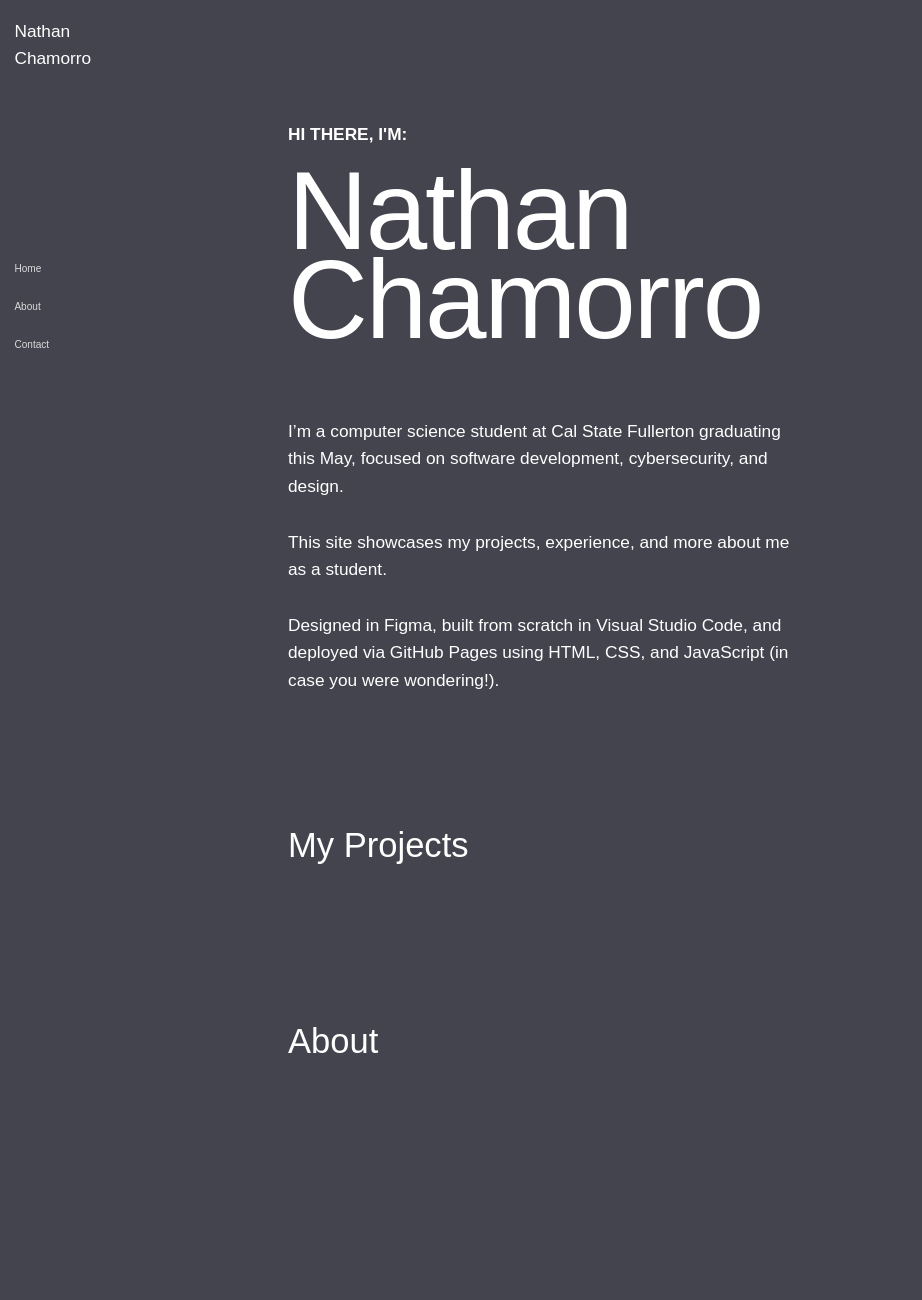
Repository: nathanchamorro1/nathanchamorro1.github.io
Page: index.html
These files come from the project's save history. The page is drawn as it stood at one moment and after the next save; the edit follows.
The browser window is 1280 px wide. The pictures show the whole page, at 72% of full size.
Some web fonts or font styles are not loaded; a fallback is used.

Above is the page before, as saved 2026-02-17 21:56:40.

After the next save:
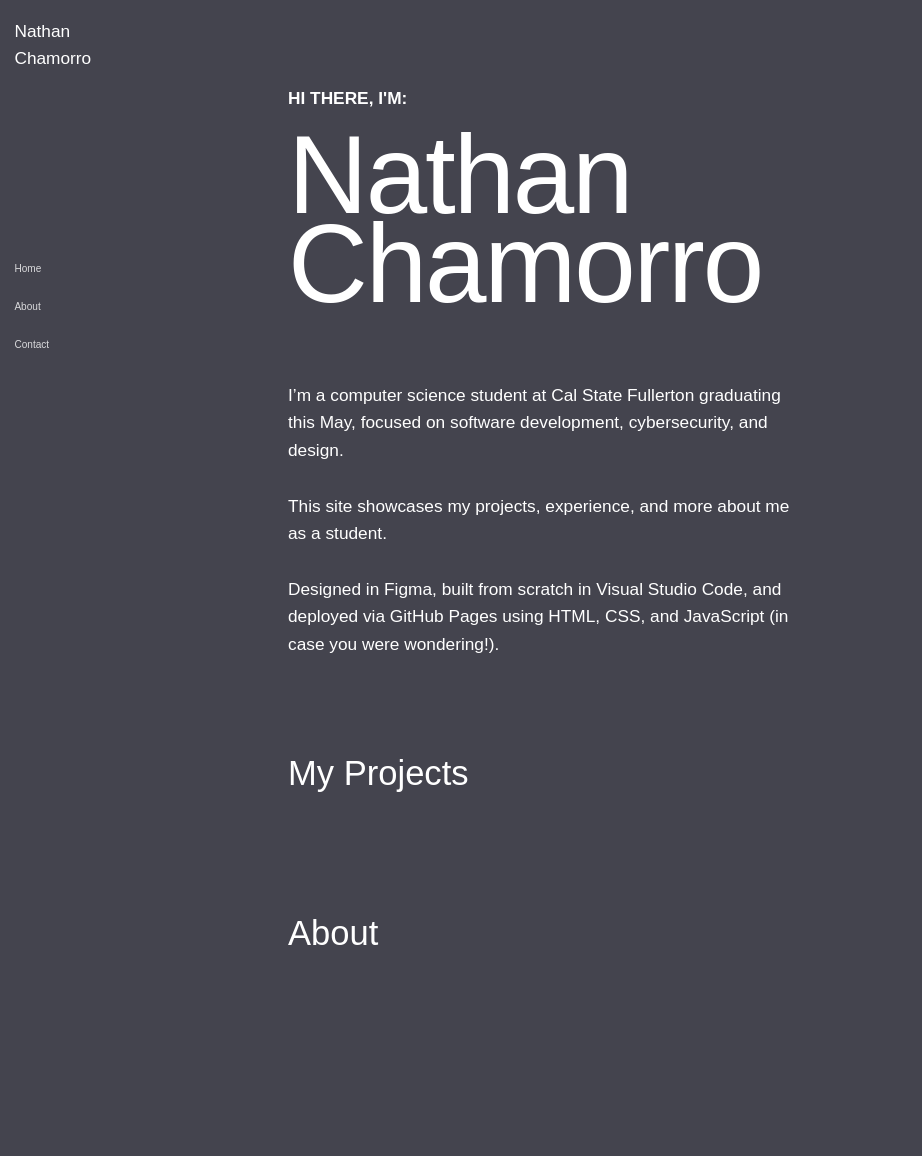
Saved 5 s later.
--- a/css/style.css
+++ b/css/style.css
@@ -13,7 +13,7 @@ body {
 .content-wrapper {
   max-width: 700px;
   margin: 0 auto;
-  margin-top: 100px;
+  margin-top: 50px;
   padding: 0 40px;
   display: flex;
   flex-direction: column;
